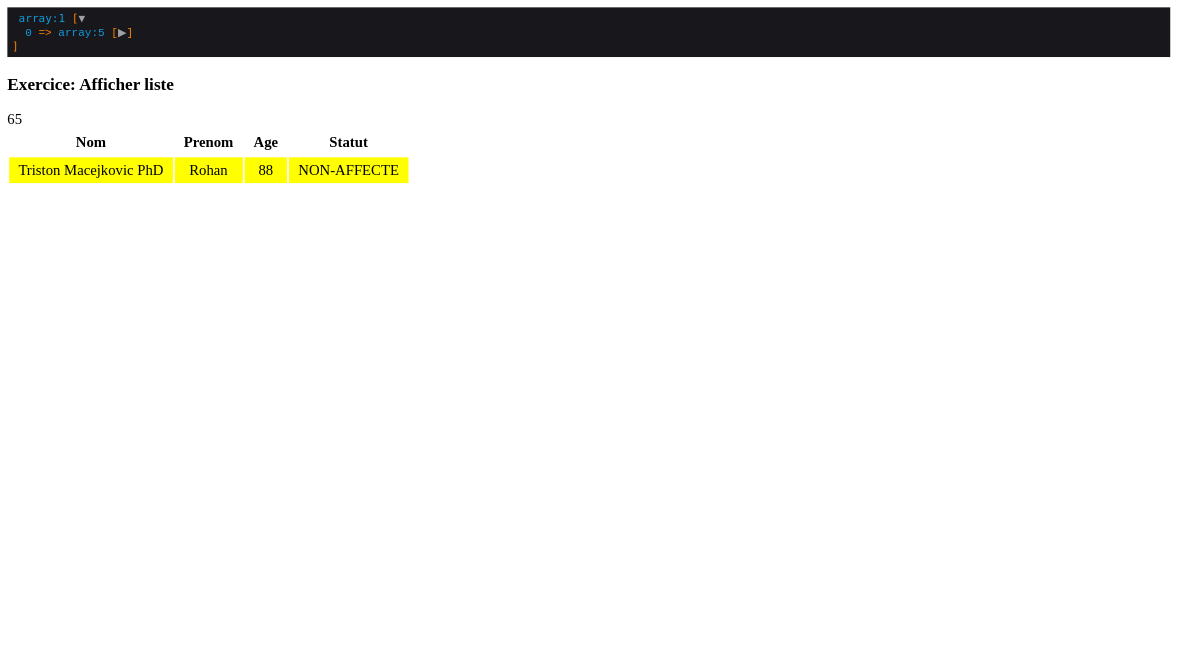
Repository: Bfabien99/PHPREPO
Page: http://localhost/
The author's editor kept a copy of each file at every save. The page is drawn from the files as they stood at one save, then again after a run of saves.
The browser window is 1280 px wide. The pictures show the whole page, at 92% of full size.
The page is run by PHP 8.4 with error messages shown; the project is at /var/www/html/.

Above is the page before, as saved 2021-12-10 11:13:42.

After the next 2 saves:
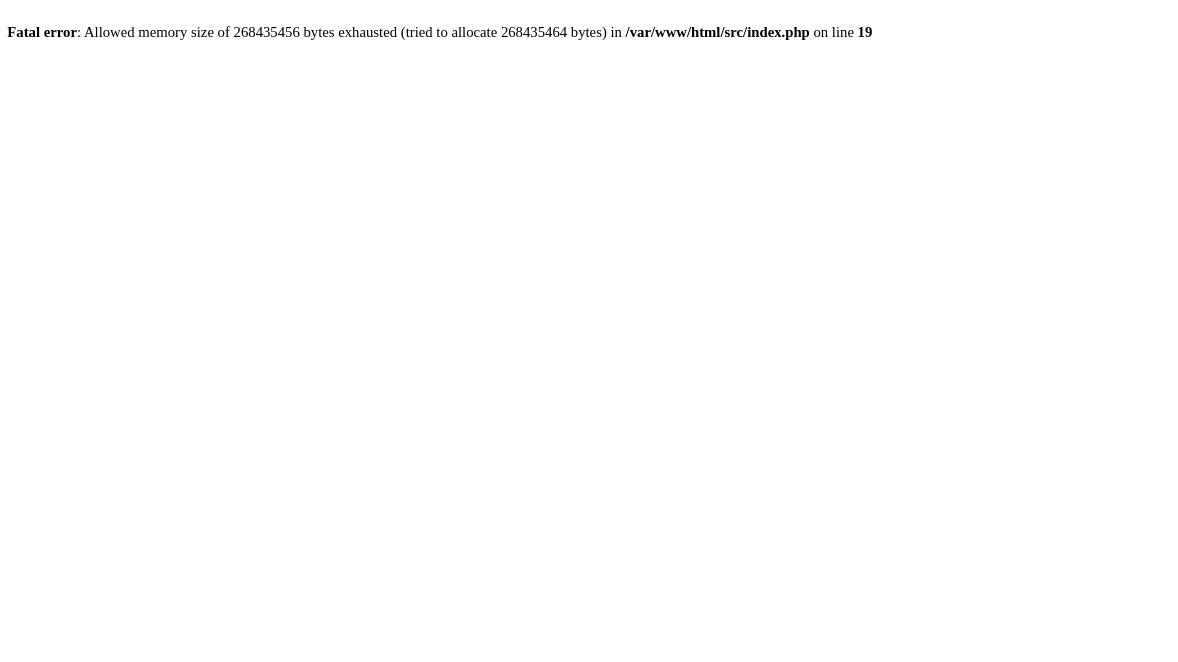
The 2 saves are shown as one change because they came seconds apart.
The last was saved 17 s later.
--- a/MakeFakeData/src/index.php
+++ b/MakeFakeData/src/index.php
@@ -13,9 +13,9 @@
 	$person["prenom"] = $faker->lastName;
 	$person["age"] = $faker->numberBetween($min=1,$max=99);
 	$notes = [];
-	$i = 0;
+	$index = 0;
 	$max = $faker->numberBetween($min=1,$max=10);
-	while($i < $max) {
+	while($index < $max) {
 		$notes[] = $faker->numberBetween($min=1,$max=20);
 		$i++;
 	}

After the save that followed:
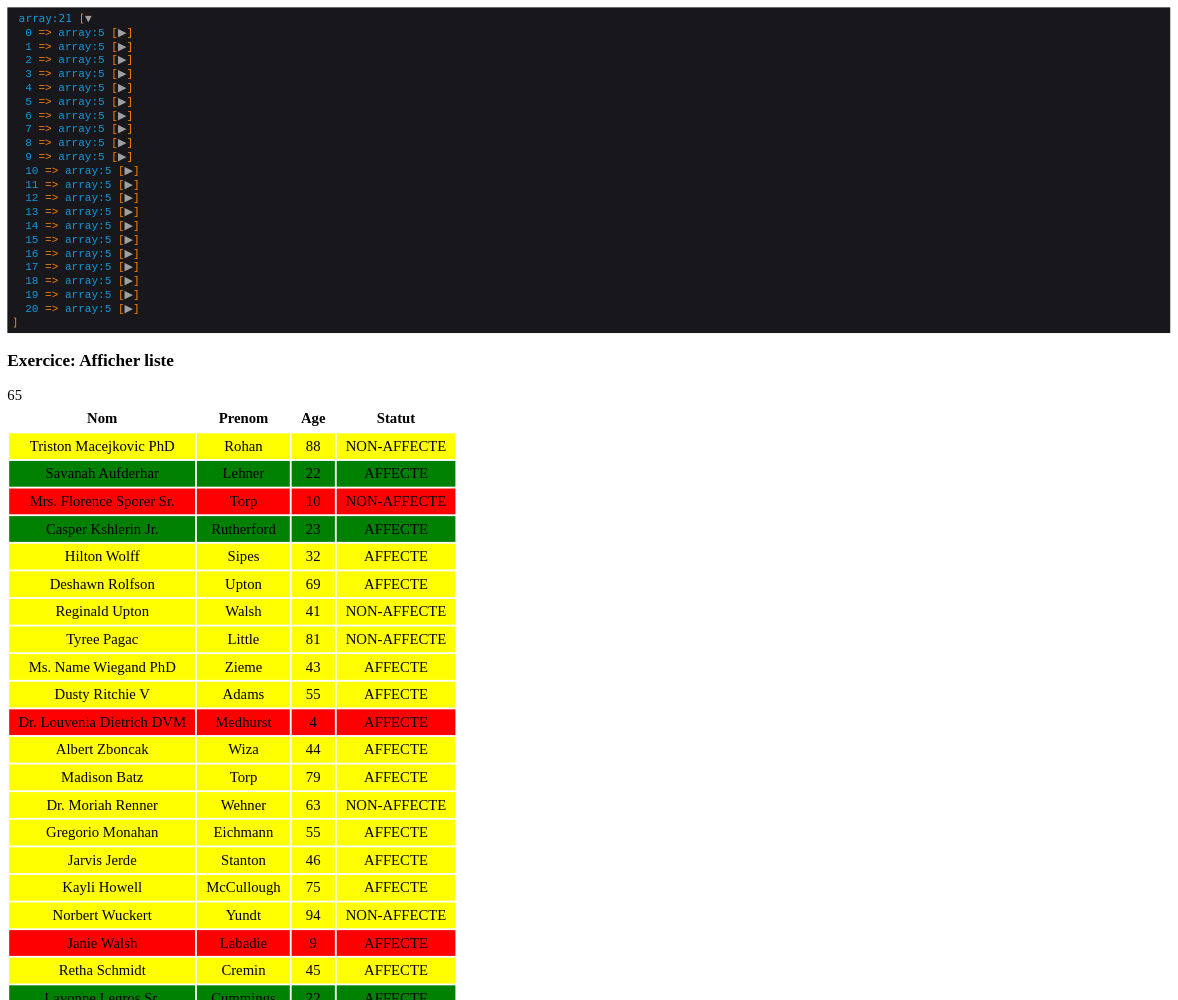
Saved 4 s later.
--- a/MakeFakeData/src/index.php
+++ b/MakeFakeData/src/index.php
@@ -17,7 +17,7 @@
 	$max = $faker->numberBetween($min=1,$max=10);
 	while($index < $max) {
 		$notes[] = $faker->numberBetween($min=1,$max=20);
-		$i++;
+		$index++;
 	}
 	$person["notes"] = $notes;
 	$person["statut"] = $faker->randomElement(["AFFECTE","NON-AFFECTE"]);
